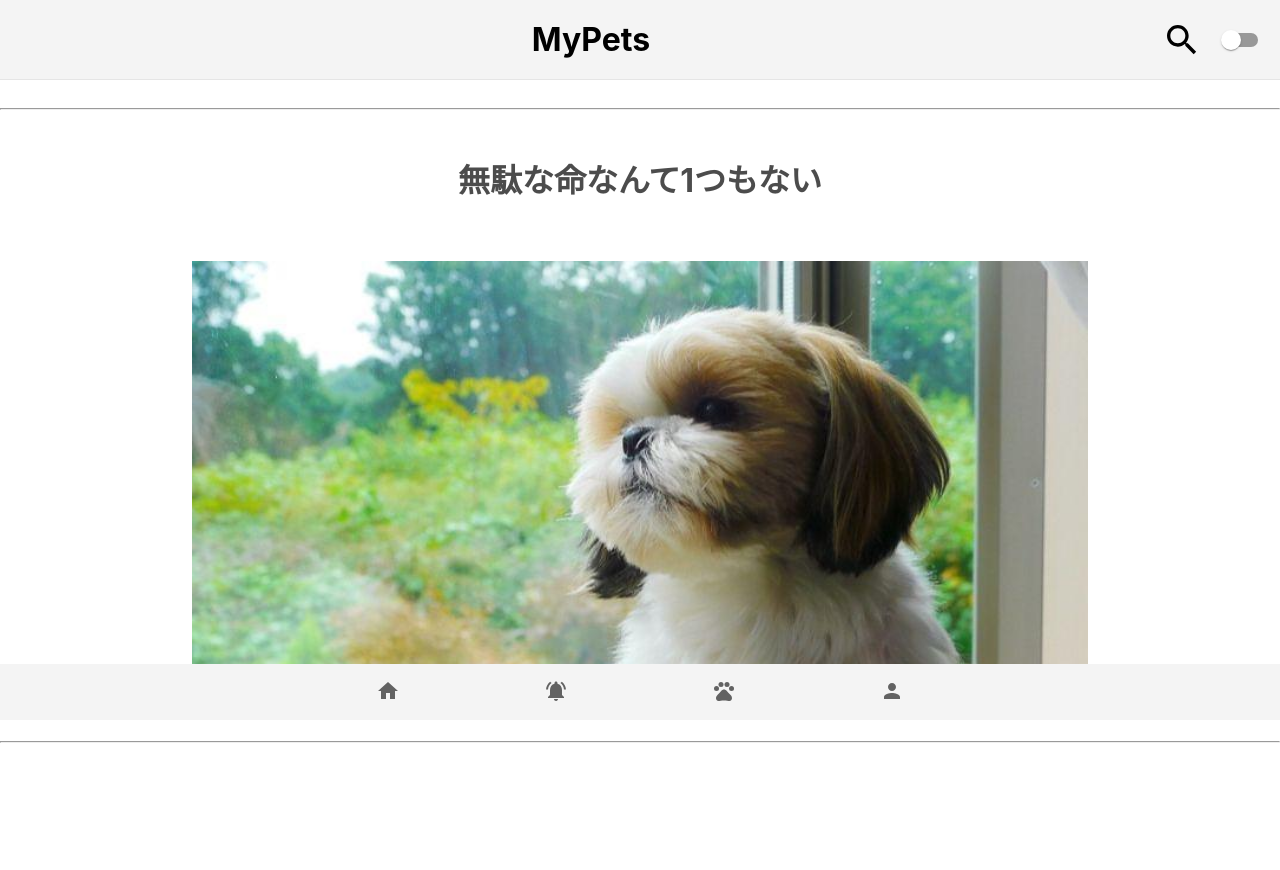
Repository: ohide0523/portforio
Page: /Top
The author's editor kept a copy of each file at every save. The page is drawn from the files as they stood at one save, then again after a run of saves.
The browser window is 1280 px wide. The pictures show the whole page.
An inner scrolling area shows only its first screen. The project was rebuilt for these pictures with package versions that can differ from the ones it lists, and the page was loaded fresh each time. The framework's server and built-in components were replaced by stand-ins that run in the browser. Also part of the build but not shown: next.config.js, pages/Login.js.

Above is the page before, as saved 2021-12-03 13:38:09.

### pages/_app.js
import Link from "next/link"
import "../styles/globals.css";
import React from "react"



import ContextProvider from "../components/Context";

// BottomNavigation 下のメニューボタン
import HomeIcon from "@mui/icons-material/Home";
import PetsIcon from "@mui/icons-material/Pets";
import NotificationsActiveIcon from "@mui/icons-material/NotificationsActive";
import PersonIcon from "@mui/icons-material/Person";
import BottomNavigation from "@mui/material/BottomNavigation";
import BottomNavigationAction from "@mui/material/BottomNavigationAction";
import Tooltip from "@mui/material/Tooltip";
import Login from "./Login";



function MyApp({ Component, pageProps }) {



  return (

    <ContextProvider>


  <Component {...pageProps} />

      <footer
        style={{
          position: "fixed",
          bottom: "0",
          width: "100%",
          marginTop: "200px",
        }}
      >
        <div>
          <BottomNavigation
            sx={{ width: "100%" }}

            onChange={() => handleChange(e)}
            style={{
              background: "#f4f4f4",
            }}
          >
            <Link href="/Top">

              <Tooltip title="ホーム" arrow>
                <BottomNavigationAction
                  label="ホーム"
                  value="Home"
                  icon={<HomeIcon />}
                />
              </Tooltip>
            </Link>

            <Link href="/menu/alert">
              <Tooltip title="通知" arrow>
                <BottomNavigationAction
                  label="お知らせ"
                  value="alert"
                  icon={<NotificationsActiveIcon />}
                />
              </Tooltip>
            </Link>

            <Link href="/menu/createItem">
              <Tooltip title="里親を募集する" arrow>
                <BottomNavigationAction
                  label="里親を募集する"
                  value="pets"
                  icon={<PetsIcon />}
                />
              </Tooltip>
            </Link>

            <Link href="/menu/[mypage]" as={`/menu/myPage`}>
   <Tooltip title="マイページ" arrow>
                <BottomNavigationAction
                  label="マイページ"
                  value="mypage"
                  icon={<PersonIcon />}
                />
              </Tooltip>
            </Link>
          </BottomNavigation>
        </div>
      </footer>
    </ContextProvider>
  );
}

export default MyApp;

### pages/Top.js
import Link from "next/link";
import { useRouter } from "next/router";
import React, { useContext, useState, useEffect } from "react";
import { Context } from "../components/Context";
import { db } from "../components/firebase";
import firebase from "@firebase/app";

// header
import Switch from "@mui/material/Switch";
import InputBase from "@mui/material/InputBase";
import IconButton from "@mui/material/IconButton";
import MenuIcon from "@mui/icons-material/Menu";
import SearchIcon from "@mui/icons-material/Search";
import ArrowBackIosIcon from "@mui/icons-material/ArrowBackIos";

// main
import { Paper } from "@mui/material";
import { makeStyles } from "@mui/styles";
import ImageList from "@mui/material/ImageList";
import ImageListItem from "@mui/material/ImageListItem";
import ImageListItemBar from "@mui/material/ImageListItemBar";
import Tooltip from "@mui/material/Tooltip";

import InputLabel from "@mui/material/InputLabel";
import MenuItem from "@mui/material/MenuItem";
import FormControl from "@mui/material/FormControl";
import Select from "@mui/material/Select";
import Button from "@mui/material/Button";

const useStyles = makeStyles(() => ({
  root: {
    display: "flex",
    width: "90%",
  },
}));

const Top = () => {
  const [isSearch, setIsSearch] = useState(false);
  const { isLogin, getItems, items, googleLogin, logout, uid } =
    useContext(Context);
  const router = useRouter();

  const [isButton, setIsButton] = useState(false);
  const [isDog, setIsDog] = useState(false);
  const [category, setCategory] = useState("");
  const [category2, setCategory2] = useState("");
  const { setItems } = useContext(Context);

  // useEffect(() => {
  //   if (!uid) {
  //     router.push("/Login");
  //   }
  // }, [uid]);

  // 検索をする処理　絞り込み
  const onClickSearch_category = () => {
    let newItems = [];
    db.collectionGroup("items")
      .where("category", "array-contains-any", [category, category2])
      .get()
      .then((res) => {
        res.forEach((doc) => {
          newItems.push({
            title: doc.data().title,
            img: doc.data().img,
            id: doc.data().id,
            userId: doc.data().userId,
            createAt: doc.data().createAt,
          });
          console.log(newItems);
          setItems(newItems);
          setIsSearch(false);
        });
      });
  };

  const handleChange = (event) => {
    setCategory(event.target.value);
    if (event.target.value == "犬") {
      setIsDog(true);
    } else {
      setIsDog(false);
    }

    setIsButton(true);
  };

  const handleChange2 = (event) => {
    setCategory2(event.target.value);
  };

  // 検索欄表示の状態管理
  const onClickSearch = () => {
    if (isSearch == false) {
      setIsSearch(true);
    } else {
      setIsSearch(false);
    }
  };

  return (
    <>
      {isSearch ? (
        <>
          <Tooltip title="戻る" arrow>
            <ArrowBackIosIcon
              style={{
                position: "fixed",
                top: "20",
                left: "20",
                cursor: "pointer",
              }}
              onClick={onClickSearch}
            />
          </Tooltip>

          <main
            style={{
              marginTop: "100px",
              textAlign: "center",
              display: "flex",
              flexDirection: "column",
              alignItems: "center",
            }}
          >
            <h2>動物の種類</h2>
            <FormControl variant="filled" sx={{ m: 1, width: 300 }}>
              <InputLabel id="demo-simple-select-filled-label">
                カテゴリー
              </InputLabel>
              <Select
                labelId="demo-simple-select-filled-label"
                id="demo-simple-select-filled"
                value={category}
                onChange={handleChange}
              >
                <MenuItem value="">
                  <em>None</em>
                </MenuItem>
                <MenuItem value={"猫"}>猫</MenuItem>
                <MenuItem value={"犬"}>犬</MenuItem>
              </Select>
            </FormControl>

            <h2>詳細カテゴリー</h2>
            <FormControl variant="filled" sx={{ m: 1, width: 300 }}>
              <InputLabel id="demo-simple-select-filled-label">
                カテゴリー
              </InputLabel>
              {isDog ? (
                <Select
                  labelId="demo-simple-select-filled-label"
                  id="demo-simple-select-filled"
                  value={category2}
                  onChange={handleChange2}
                >
                  <MenuItem value={"シーズー"}>シーズー</MenuItem>
                  <MenuItem value={"オーストラリアンシェパード"}>
                    オーストラリアンシェパード
                  </MenuItem>
                </Select>
              ) : (
                <Select
                  labelId="demo-simple-select-filled-label"
                  id="demo-simple-select-filled"
                  value={category2}
                  onChange={handleChange2}
                >
                  <MenuItem value={"黒猫"}>黒猫</MenuItem>
                  <MenuItem value={"白猫"}>白猫</MenuItem>
                </Select>
              )}
            </FormControl>
            {isButton && (
              <Button variant="contained" onClick={onClickSearch_category}>
                この条件で検索する
              </Button>
            )}
          </main>
        </>
      ) : (
        <>
          <header
            style={{
              display: "flex",
              alignItems: "center",

              position: "fixed",
              width: "100%",
              height: "80px",
              top: 0,
              zIndex: 2,
              background: "white",
              borderBottom: "1px solid rgb(229, 229, 229)",
              marginBottom: "100px",
              background: "#f4f4f4",
            }}
          >
            <h1 style={{ flex: 1, marginLeft: "20px", textAlign: "center" }}>
              MyPets
            </h1>
            <div
              style={{
                display: "flex",
                alignItems: "center",
                marginRight: "10px",
              }}
            >
              <SearchIcon
                onClick={onClickSearch}
                style={{ fontSize: "40px", marginRight: "10px" }}
              />
              {isLogin ? (
                <Switch
                  onChange={logout}
                  checked={true}
                  inputProps={{ "aria-label": "controlled" }}
                />
              ) : (
                <Switch
                  onChange={googleLogin}
                  checked={false}
                  inputProps={{ "aria-label": "controlled" }}
                />
              )}
            </div>
          </header>

          <main
            style={{
              zIndex: 0,
              marginTop: "100px",
              height: "100vh",
              overflow: "auto",
              marginBottom: "50px",
            }}
          >
            <hr />
            <h1
              style={{
                textAlign: "center",
                lineHeight: "100px",

                height: "100px",
                opacity: "0.7",

              }}
            >
              無駄な命なんて1つもない
            </h1>
            <div
              style={{
                maxWidth: "70%",
                maxHeight: "450px",
                margin: "auto",
                marginBottom: "30px",
                marginTop: "30px",
                zIndex:0,
              }}
            >
              <img
                src="/シーズー１.jpeg"
                alt="top画面"
                style={{
                  width: "100%",
                  maxHeight: "450px",
                  margin: "auto",

                }}
              />
            </div>
            <hr />

            <ImageList
              sx={{ maxWidth: "90%", height: "80vh", margin: "auto" }}
              cols={4}
              rowHeight={330}
            >
              {items.length > 0 &&
                items.map((item, index) => (
                  <Link
                    key={index}
                    href="/[another]/anotherItem/[item]"
                    as={`/${item.userId}/anotherItem/${item.id}`}
                  >
                    <ImageListItem key={item.img}>
                      <img
                        src={item.img}
                        srcSet={item.img}
                        alt={item.title}
                        loading="lazy"
                        style={{ height: "100px" }}
                      />

                      <ImageListItemBar title={item.title} />
                    </ImageListItem>
                  </Link>
                ))}
            </ImageList>
          </main>
        </>
      )}
    </>
  );
};

export default Top;

### components/Context.js
import React, { useState, createContext, useEffect } from "react";
import { auth, db } from "./firebase";
import { useRouter } from "next/router";

export const Context = createContext();

const ContextProvider = ({ children }) => {
  const [isLogin, setIsLogin] = useState(false);
  const [uid, setUid] = useState(null);

  // 他のユーザー(個人)
  const [anotherUser, setAnotherUser] = useState([]);
  // 他のユーザー(個人)のitem
  const [anotherItem, setAnotherItem] = useState([]);

  // 自分のユーザー情報
  const [myUser, setMyUser] = useState([]);
  //自分のitems
  const [myUserItems, setMyUserItems] = useState([]);
  // 自分がいいねしたitems
  const [likedItems, setLikedItems] = useState([]);
  //  自分がフォローした人
  const [followLists, setFollowLists] = useState([]);
  // 全てのユーザーのitems
  const [items, setItems] = useState([]);
  const router = useRouter();
  // another = 他のユーザー(個人)のuid・item = 他のユーザーのitemのid
  const { another, item } = router.query;

  // いいねの状態
  const [like, setLike] = useState(false);
  //   フォローの状態
  const [follow, setFollow] = useState(false);

  useEffect(() => {
    auth.onAuthStateChanged((user) => {
      if (user) {
        console.log(user.uid);
        setUid(user.uid);
        getItems();
      }
    });
  }, []);

  // uid(自分のアカウントがログイン状態になった時にしたいこと)
  useEffect(() => {
    if (uid) {
      getMyUser();
      getMyUserItems()
      getLikedItems();
      getMyFollowLists();
    }
  }, [uid]);

  //他のユーザーのitemの詳細ページに飛んだ時に発火する。
  //これは条件であるから、another,item,uidの値が入った時にそれぞれの条件に応じて関数を発火させる。
  useEffect(() => {
    if (another && item) {
      // 他のユーザーの情報を取得
      getAnotherUser()
      // 他のユーザーの持っている特定のitemの取得
      getAnotherItem();
    }
    // another=他のユーザーのuid と自分のuidを取得した時に、そのitemの適切な状態を取得する。
    if (item && uid) {
      getLike();
    }
  }, [another, item, uid]);

  //各itemのlikeの状態を取得
  const getLike = () => {
    db.collection("users")
      .doc(uid)
      .collection("likedItems")
      .where("id", "==", item)
      .get()
      .then((snapshot) => {
        snapshot.forEach((doc) => {
          console.log(doc.data());
          setLike(doc.data().like);
        });
      });
    db.collection("users")
      .doc(uid)
      .collection("likedItems")
      .where("id", "==", item)
      .onSnapshot((snapshot) => {
        if (!snapshot.exists) {
          console.log(false);
          setLike(false);
        }
        snapshot.docChanges().forEach((change) => {
          if (change.type === "added") {
            console.log(true);
            setLike(change.doc.data().like);
          }
        });
      });
  };

  //全ユーザーのitemsの取得
  const getItems = () => {
    db.collectionGroup("items")
      .limit(30)
      .onSnapshot((snapshot) => {
        snapshot.docChanges().forEach((change) => {
          if (change.type === "added") {
            setItems((prev) => [...prev, change.doc.data()]);
          }
        });
      });
  };

  // anotherItem/[item]のページ関連--------------------------
  // 他のユーザー（個人）の情報とフォロワーの数をリアルタイムで取得
  const getAnotherUser = () => {
    db.collection("users")
      .doc(another)
      .onSnapshot((doc) => {
        setAnotherUser([doc.data()]);
      });
  };

  // 他のユーザー（個人）のitemsの取得 + リアルタイムでいいねの数とハートの状態の取得
  const getAnotherItem = () => {
    db.collection("users")
      .doc(another)
      .collection("items")
      .doc(item)
      .onSnapshot((doc) => {
        setAnotherItem([doc.data()]);
      });
  };

  // ---------------------------------------------------------

  // 自分のアカウント情報取得関連　menu/[mypage]のページの関連------------------------------------

  // 自分の出したitemの取得
  const getMyUserItems = () => {
    db.collection("users")
      .doc(uid)
      .collection("items")
      .limit(4)
      .orderBy("createAt","desc")
      .onSnapshot((snapshot) => {
        snapshot.docChanges().forEach((change) => {
          if (change.type === "added") {
            setMyUserItems((prev) => [...prev, change.doc.data()]);
          }
          if (change.type === "removed") {
            if (myUserItems.length === 0) {
              setMyUserItems([]);
            }
            db.collection("users")
              .doc(uid)
              .collection("items")
              .get()
              .then((snapshot) => {
                snapshot.forEach((doc) => {
                  setMyUserItems([doc.data()]);
                });
              });
          }
        });
      });
  };

  //自分のアカウント情報の取得
  const getMyUser = () => {
    db.collection("users")
      .where("id", "==", uid)
      .onSnapshot((snapshot) => {
        snapshot.forEach((docs) => {
          console.log(docs.data());
          setMyUser([docs.data()]);
        });
      });
  };

  // 自分がいいねしたitemの取得
  const getLikedItems = () => {
    db.collection("users")
      .doc(uid)
      .collection("likedItems")
      .limit(4)
      .onSnapshot((snapshot) => {
        snapshot.docChanges().forEach((change) => {
          if (change.type === "added") {
            setLikedItems((prev) => [...prev, change.doc.data()]);
          }
          if (change.type === "removed") {
            // 最後の1個になったら、配列の中(likedItems)を空っぽにする
            if (likedItems.length === 0) {
              setLikedItems([]);
            }
            let newItems = [];
            //選択したlikedItemを削除した後の残ったlikedItemsを取得
            db.collection("users")
              .doc(uid)
              .collection("likedItems")
              .get()
              .then((snapshot) => {
                snapshot.forEach((doc) => {
                  newItems.push({ ...doc.data() });
                  setLikedItems(newItems);
                });
              });
          }
        });
      });
  };

  // 自分がフォローした人の取得
  const getMyFollowLists = () => {
    db.collection("users")
      .doc(uid)
      .collection("followLists")
      .onSnapshot((snapshot) => {
        snapshot.docChanges().forEach((change) => {
          if (change.type === "added") {
            setFollowLists((prev) => [...prev, change.doc.data()]);
            setFollow(true);
          }
          if (change.type === "removed") {
            if (followLists.length === 0) {
              setFollowLists([]);
            }
            let newLists = [];
            db.collection("users")
              .doc(uid)
              .collection("followLists")
              .get()
              .then((snapshot) => {
                snapshot.forEach((doc) => {
                  newLists.push({
                    ...doc.data(),
                  });

                  setFollowLists(newLists);
                });
              });
            setFollow(false);
          }
        });
      });
  };

  //   ------------------------------------------------------------

  return (
    <Context.Provider
      value={{
        myUser,
        myUserItems,
        like,
        setLike,
        likedItems,
        follow,
        followLists,
        anotherUser,
        anotherItem,
        item,
        isLogin,
        setIsLogin,
        uid,
        myUserItems,
        setMyUserItems,
        items,
        setItems,
        getAnotherUser,
        getAnotherItem,
        getLike,
      }}
    >
      {children}
    </Context.Provider>
  );
};

export default ContextProvider;

### components/firebase.js
import firebase from "@firebase/app"
import "@firebase/auth"
import "@firebase/firestore"

if (!firebase.apps.length) {
    firebase.initializeApp({
        apiKey: "AIzaSyDyNIh0hb6a0LsYDd0xQ9CNcQnAzBoF8qk",
        authDomain: "portforio-af60e.firebaseapp.com",
        projectId: "portforio-af60e",
        storageBucket: "portforio-af60e.appspot.com",
        messagingSenderId: "1012312844751",
        appId: "1:1012312844751:web:4f8865a5074fa3d695caba"
        });
  }


  export const auth = firebase.auth()
  export const db = firebase.firestore()

  export const googleProvider = new firebase.auth.GoogleAuthProvider();

Loaded but not shown: styles/globals.css (common file)

After the next 9 saves:
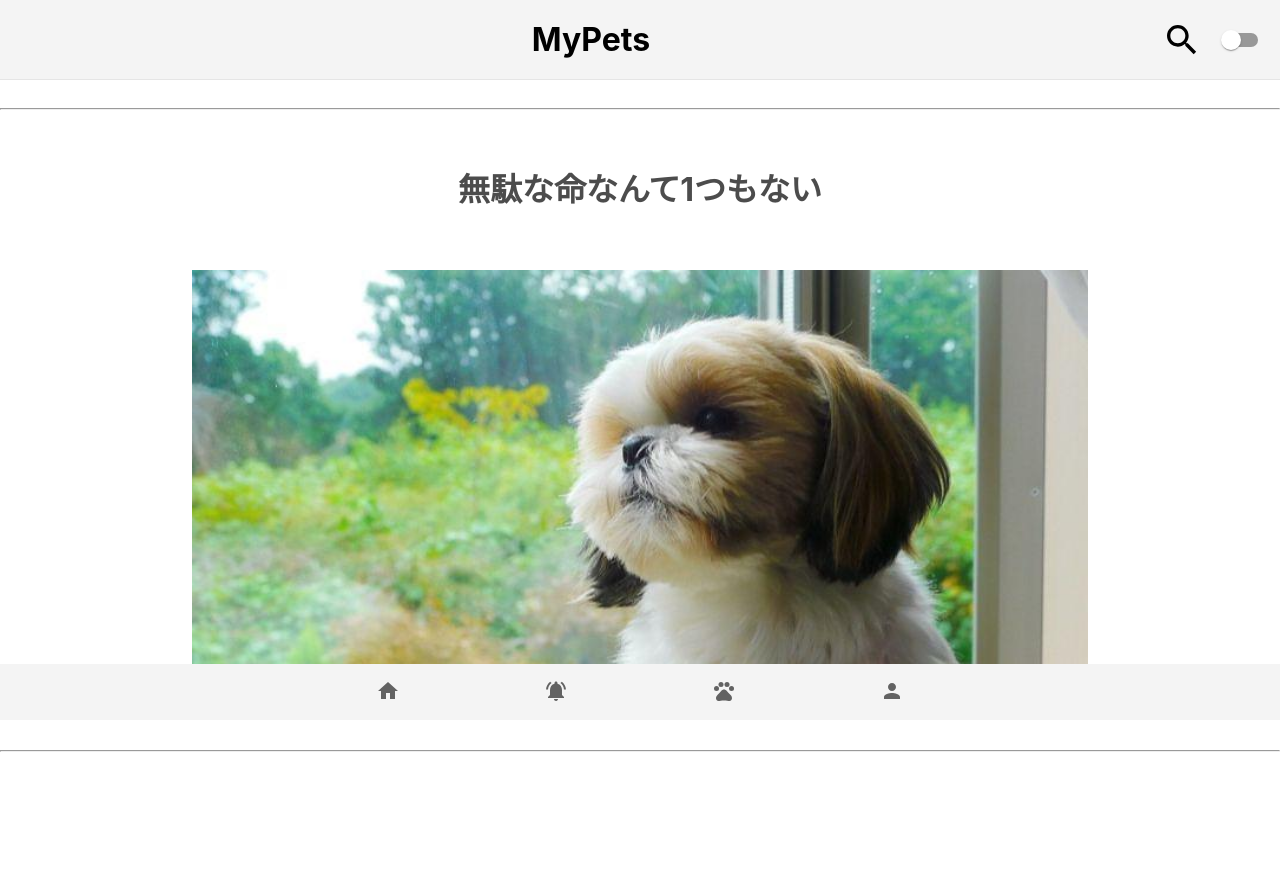
The 9 saves are shown as one change because they came seconds apart.
The last was saved 19 s later.
--- a/pages/Top.js
+++ b/pages/Top.js
@@ -243,7 +243,7 @@
 
                 height: "100px",
                 opacity: "0.7",
-
+               marginTop:"30px"
               }}
             >
               無駄な命なんて1つもない

After the save that followed:
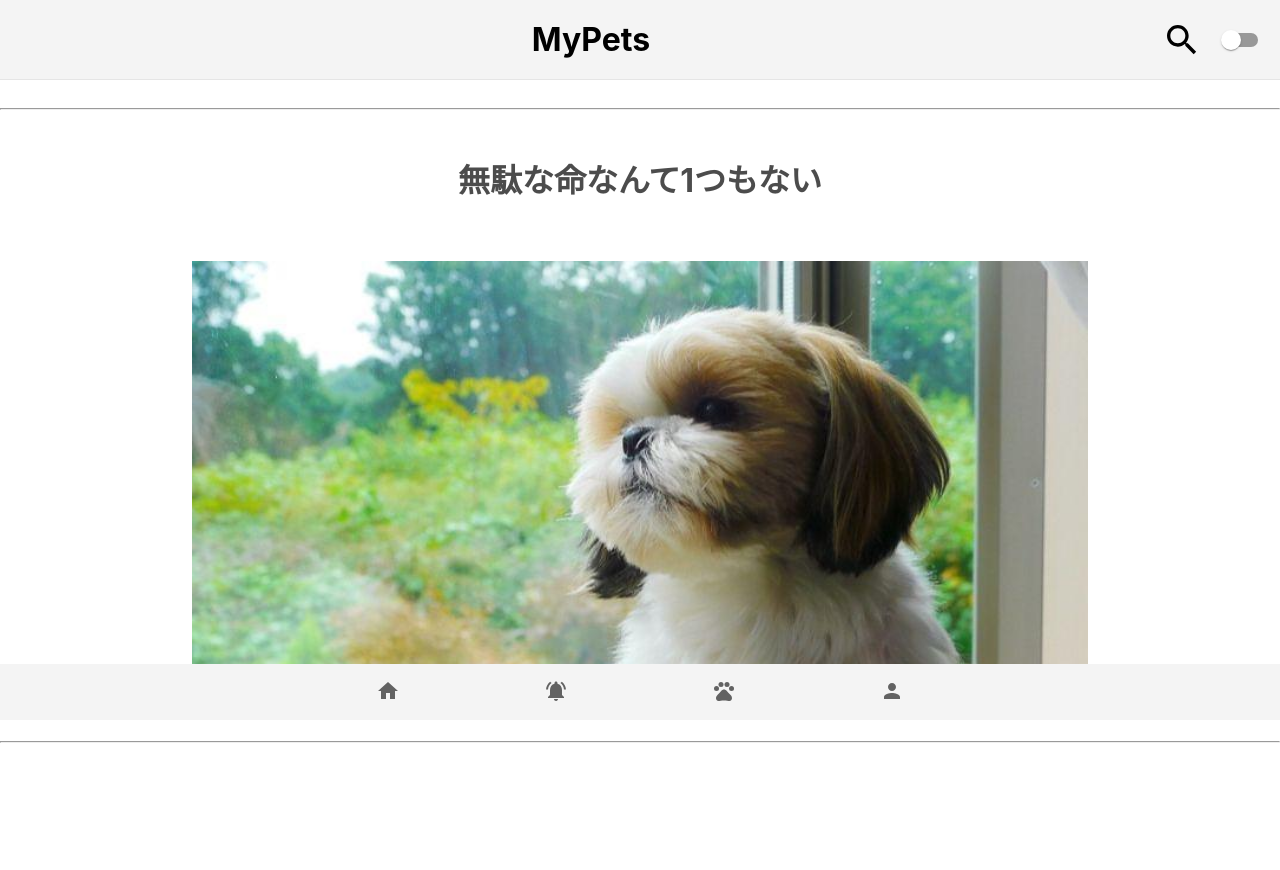
Saved 4 s later.
--- a/pages/Top.js
+++ b/pages/Top.js
@@ -243,7 +243,7 @@
 
                 height: "100px",
                 opacity: "0.7",
-               marginTop:"30px"
+
               }}
             >
               無駄な命なんて1つもない
